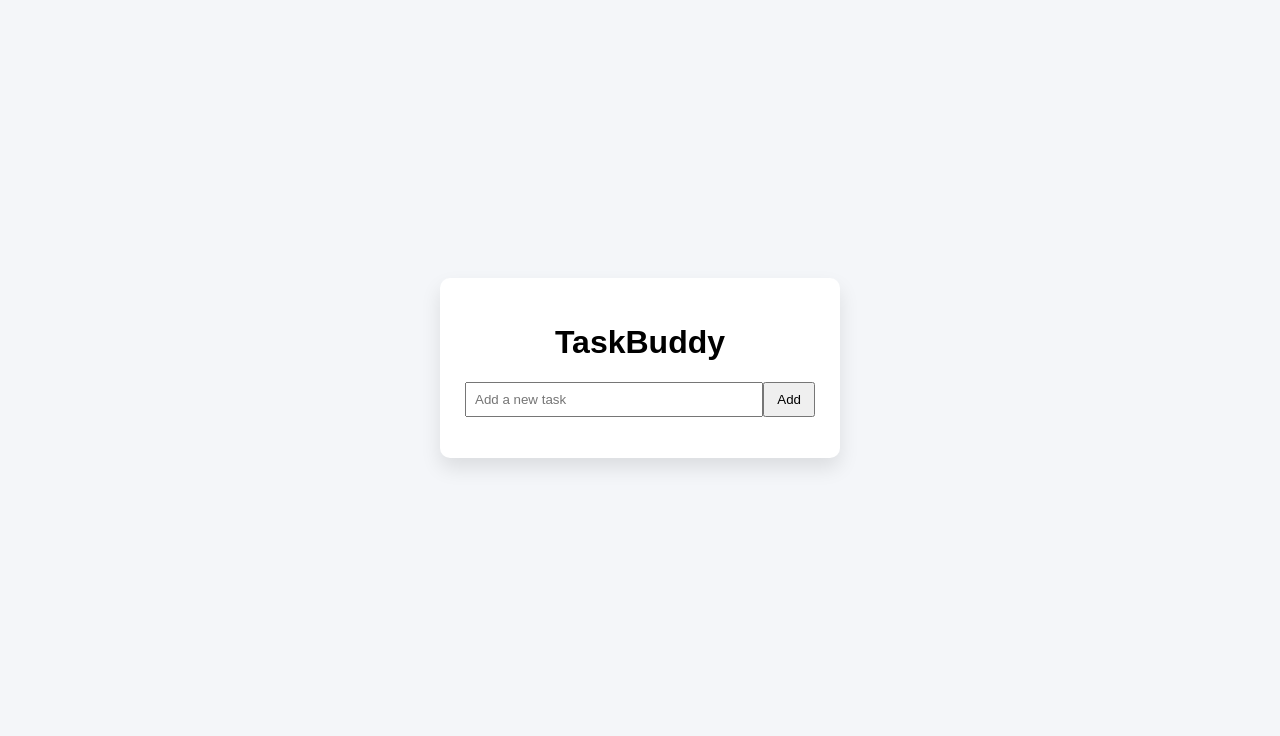
Repository: yogeshnandwani/taskbuddy-todo
Page: index.html
The author's editor kept a copy of each file at every save. The page is drawn from the files as they stood at one save, then again after the next save.
The browser window is 1280 px wide. The pictures show the whole page.

Above is the page before, as saved 2026-03-16 17:27:23.

After the next save:
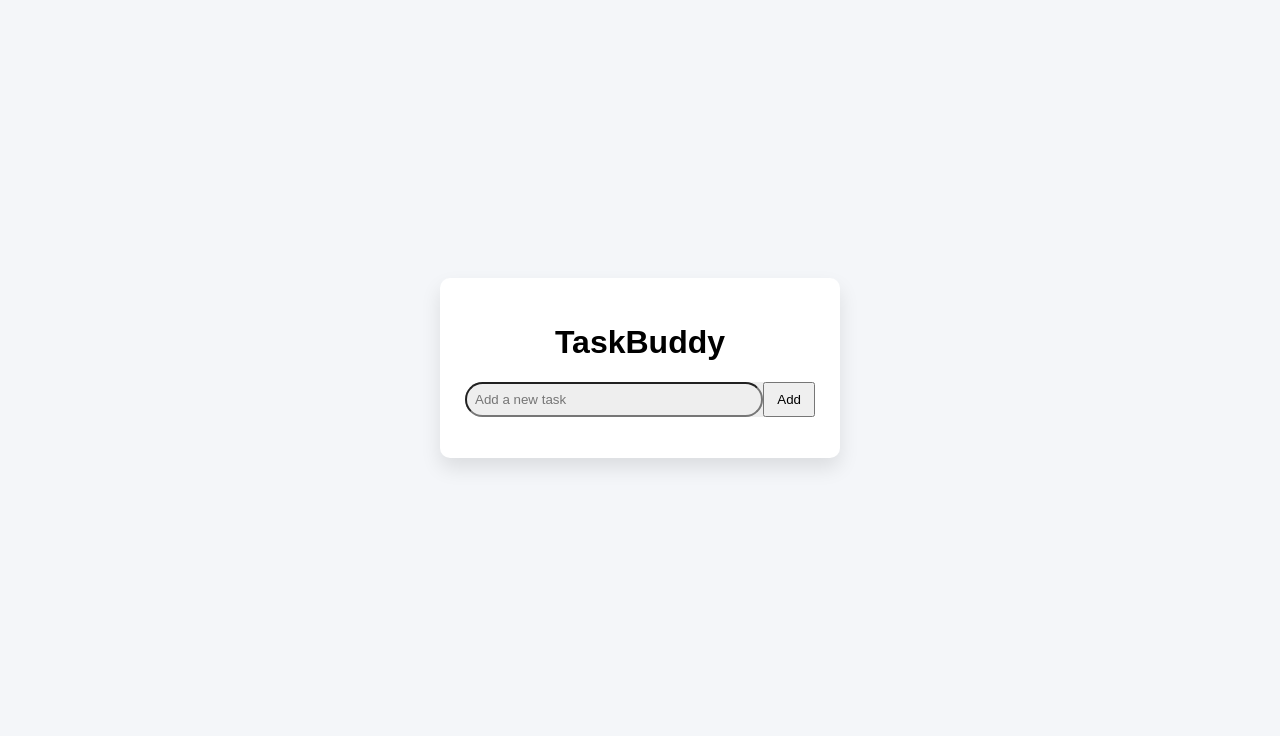
Saved 13 s later.
--- a/css/style.css
+++ b/css/style.css
@@ -28,6 +28,8 @@ h1{
 input{
     flex:1;
     padding:8px;
+    border-radius: 50px;
+    background-color: #eee;
 }
 
 button{
